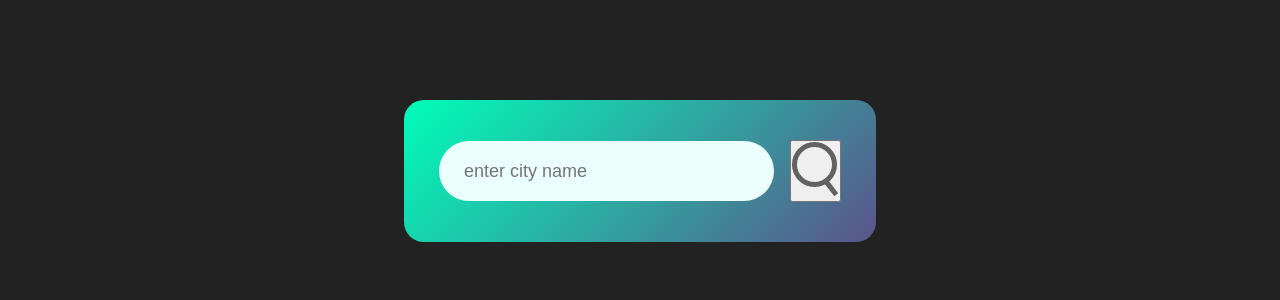
Repository: Rohit-foryou/Weather-app
Page: Weather App/Weather.html
These files come from the project's save history. The page is drawn as it stood at one moment and after the next save; the edit follows.
The browser window is 1280 px wide. The pictures show the whole page.

Above is the page before, as saved 2023-12-13 14:16:51.

### Weather App/Weather.html
<!DOCTYPE html>
<html lang="en">
<head>
    <meta charset="UTF-8">
    <meta name="viewport" content="width=device-width, initial-scale=1.0">
    <link rel="stylesheet" href="Weather.css">
    <title>Weather</title>
</head>
<body>
    <div class="card">
        <div class="search">
            <input type="text" placeholder="enter city name" spellcheck="false">
            <button><img src="Weather(Images)/search.png" alt=""></button>
        </div>
    </div>
</body>
</html>

### Weather App/Weather.css
*{
    margin: 0;
    padding: 0;
    font-family: 'Poppins', sans-serif;
    box-sizing: border-box;
}

body{
    background: #222;
}

.card{
    width: 90%;
    max-width: 472px;
    background: linear-gradient(135deg, #00feba, #5b548a);
    color: #fff;
    margin: 100px auto 0;
    border-radius: 20px;
    padding: 40px 35px;
    text-align: center;
}

.search{
    width: 100%;
    display: flex;
    align-items: center;
    justify-content: space-between;
}

.search input{
    border: 0;
    outline: 0;
    background: #ebfffc;
    color: #555;
    padding: 10px 25px;
    height: 60px;
    border-radius: 30px;
    flex: 1;
    margin-right: 16px;
    font-size: 18px;
}

After the next save:
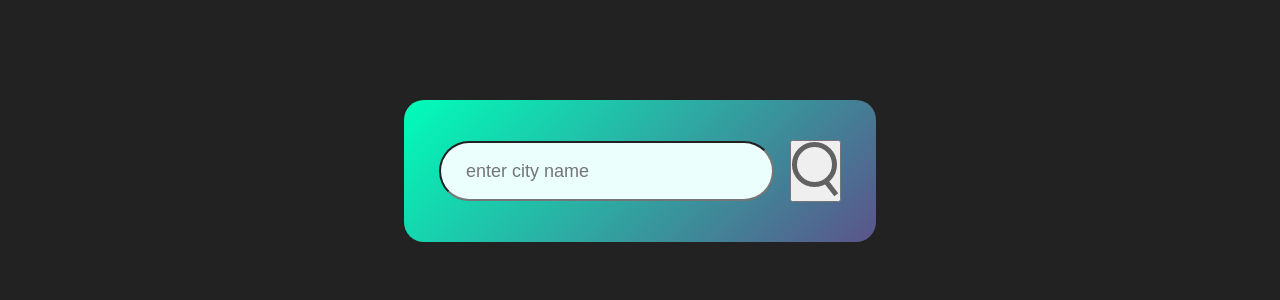
Saved 28 s later.
--- a/Weather App/Weather.css
+++ b/Weather App/Weather.css
@@ -28,8 +28,8 @@
 }
 
 .search input{
-    border: 0;
-    outline: 0;
+    /* border: 0;
+    outline: 0; */
     background: #ebfffc;
     color: #555;
     padding: 10px 25px;

After the save that followed:
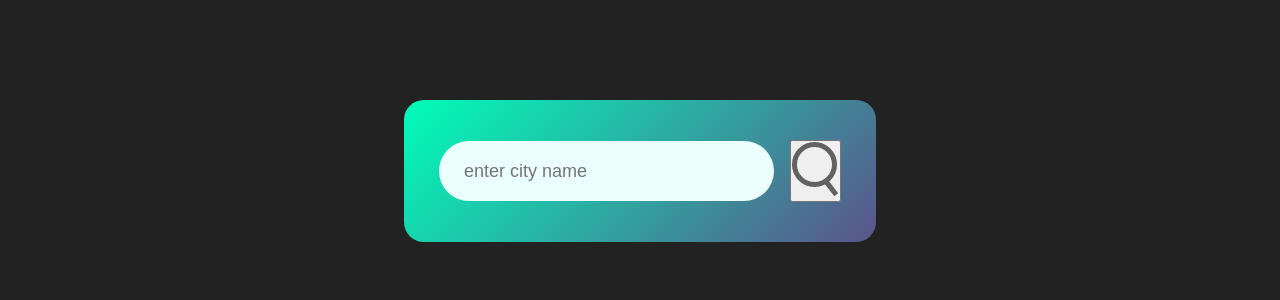
Saved 7 s later.
--- a/Weather App/Weather.css
+++ b/Weather App/Weather.css
@@ -28,8 +28,8 @@
 }
 
 .search input{
-    /* border: 0;
-    outline: 0; */
+    border: 0;
+    outline: 0;
     background: #ebfffc;
     color: #555;
     padding: 10px 25px;
